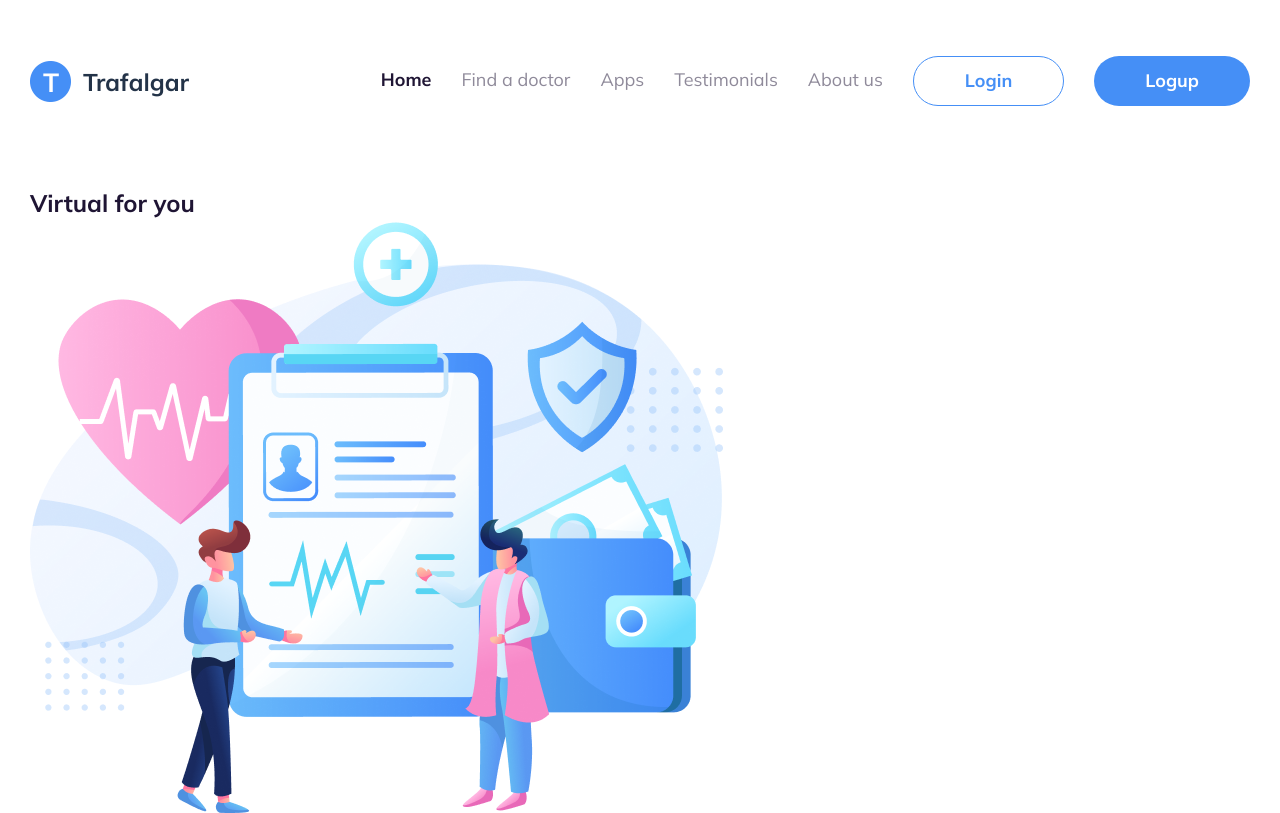
Repository: tungcutte35/Trafalgar
Page: index.html
These files come from the project's save history. The page is drawn as it stood at one moment and after the next save; the edit follows.
The browser window is 1280 px wide. The pictures show the whole page.
The style sheet was rebuilt from its Sass, Less or Tailwind sources for each picture, by a compiler version that may differ from the author's.

Above is the page before, as saved 2021-10-17 16:47:34.

### index.html
<!DOCTYPE html>
<html lang="en">
<head>
  <meta charset="UTF-8">
  <meta http-equiv="X-UA-Compatible" content="IE=edge">
  <meta name="viewport" content="width=device-width, initial-scale=1.0">
  <title>HE</title>
  <link rel="stylesheet" href="./sass/css/app.css">
  <link rel="preconnect" href="https://fonts.googleapis.com">
  <link rel="preconnect" href="https://fonts.gstatic.com" crossorigin>
  <link href="https://fonts.googleapis.com/css2?family=Mulish:wght@300;400;700&display=swap" rel="stylesheet">
 <link rel="stylesheet" href="./font/fontawesome-free-5.15.4-web/css/all.min.css">
</head>
<body>
  <div class="wrapper">
    <header class="header">
    <div class="container">
      <div class="header-main">
        <img srcset="./Images/logo.png 2x" alt="" class="header-img">
        <ul class="menu">
          <li class="menu-item">
            <a href="#" class="menu-link menu-firsd">Home</a>
          </li>
          <li class="menu-item">
            <a href="#" class="menu-link">Find a doctor</a>
          </li>
          <li class="menu-item">
            <a href="#" class="menu-link">Apps</a>
          </li>
          <li class="menu-item">
            <a href="#" class="menu-link">Testimonials</a>
          </li>
          <li class="menu-item">
            <a href="#" class="menu-link">About us</a>
          </li>
          <li class="menu-log">
            <a href="#" class="button button--outline ">Login</a>
          </li>
          <li class="menu-log">
            <a href="#" class="button button--primary ">Logup</a>
          </li>
        </ul>
      </div>
    </div>
    </header>
    <section class="virtual">
      <div class="container">
        <div class="virtual-main">
          <div class="virtual-firsd">
            <h2 class="virtual-heading">Virtual
              for you</h2>
          </div>
          <div class="virtual-img">
            <img srcset="./Images/img1.png 2x" alt="" class="virtual-imgs">
          </div>
        </div>
      </div>
    </section>
  </div>


</body>
</html>

### sass/app.scss
@import "reset";
@import "variables";
@import "global";
@import "header";
@import "./menu";

### sass/_variables.scss
$font: "Mulish", sans-serif;
$gray: #1f1534;
$heading-color: #000000;
$primary-color: #458ff6;
$footer-color: #fff;

### sass/_global.scss
.wrapper {
  max-width: 1600px;
  margin: 0 auto;
}
.container {
  max-width: 1260px;
  margin: 0 auto;
  padding: 0 20px;
}
body {
  font-family: $font;
  line-height: 1;
  font-size: 16px;
  color: $gray;
}
ul {
  list-style-type: none;
}
.button {
  display: inline-flex;
  justify-content: center;
  align-items: center;
  font-size: 18px;
  font-weight: 700;
  height: 50px;
  padding: 0 51px;
  border-radius: 55px;
  background-color: transparent;
  border: 0;
  outline: none;
  cursor: pointer;
  &--primary {
    color: #fff;
    background-color: $primary-color;
  }
  &--outline {
    color: $primary-color;
    border: 1.4px solid $primary-color;
  }
}

### sass/_header.scss
.header {
  padding-top: 56px;
  margin-bottom: 85px;
  &-main {
    display: flex;
    justify-content: space-between;
    align-items: center;
  }
  &-log {
    display: flex;
    justify-content: space-between;
    align-items: center;
    gap: 0 40px;
  }
}

### sass/_menu.scss
.menu {
  display: flex;
  align-items: center;
  gap: 0 30px;
  &-link {
    color: #8f8a9a;
    font-size: 18px;
  }
  &-firsd {
    color: $gray;
    font-weight: 700;
  }
  &-link:after {
    display: block;
    content: "";
    border-bottom: solid 2px $primary-color;
    transform: scaleX(0);
    transition: transform 250ms ease-in-out;
  }
  &-link:hover:after {
    transform: scaleX(1);
  }
  &-link:hover {
    color: $primary-color;
  }
}

Loaded but not shown: font/fontawesome-free-5.15.4-web/css/all.min.css (library); sass/_reset.scss (common file)

After the next save:
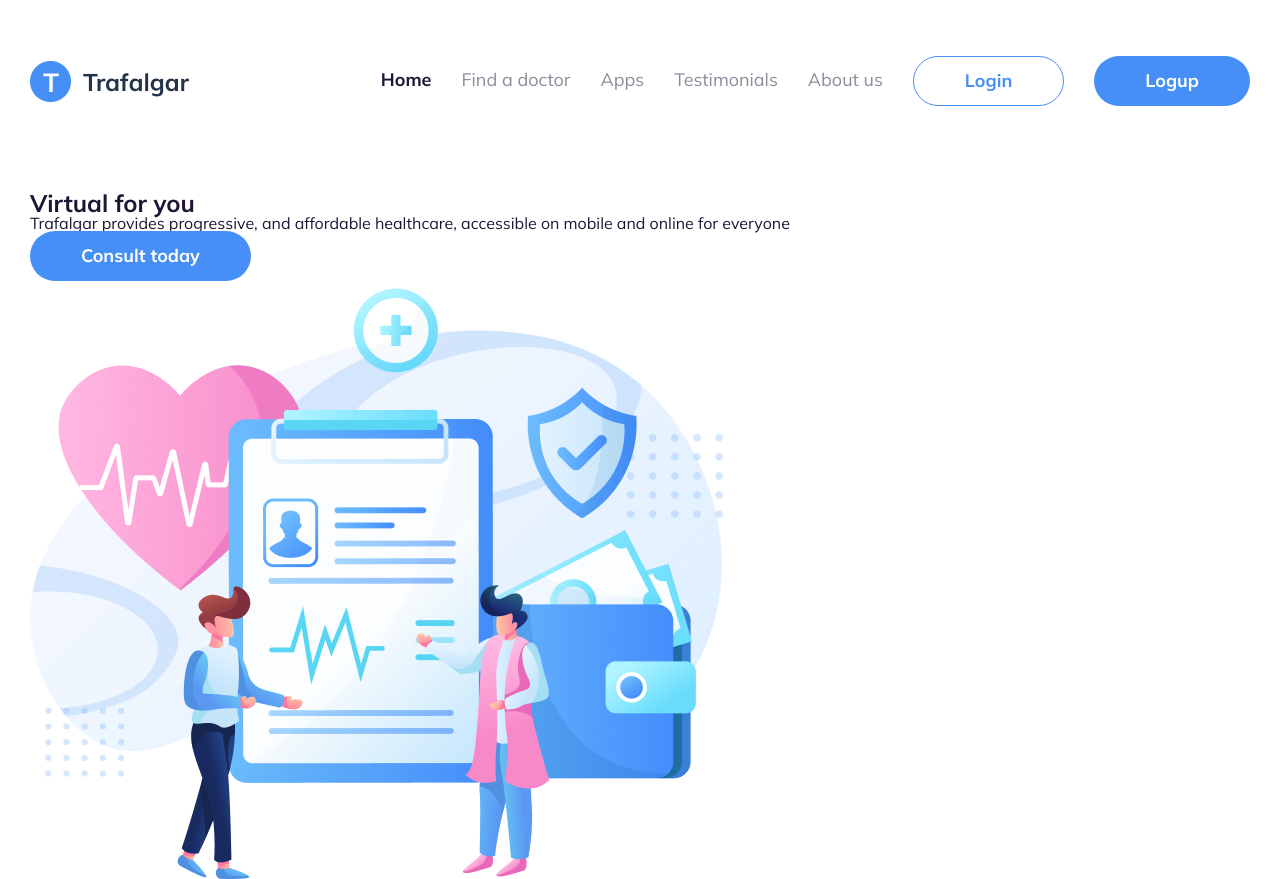
Saved 44 s later.
--- a/index.html
+++ b/index.html
@@ -49,6 +49,10 @@
           <div class="virtual-firsd">
             <h2 class="virtual-heading">Virtual
               for you</h2>
+            <p class="virtual-content">Trafalgar provides progressive, and affordable
+              healthcare, accessible on mobile and online
+              for everyone</p>
+            <div class="button button--primary">Consult today</div>
           </div>
           <div class="virtual-img">
             <img srcset="./Images/img1.png 2x" alt="" class="virtual-imgs">
